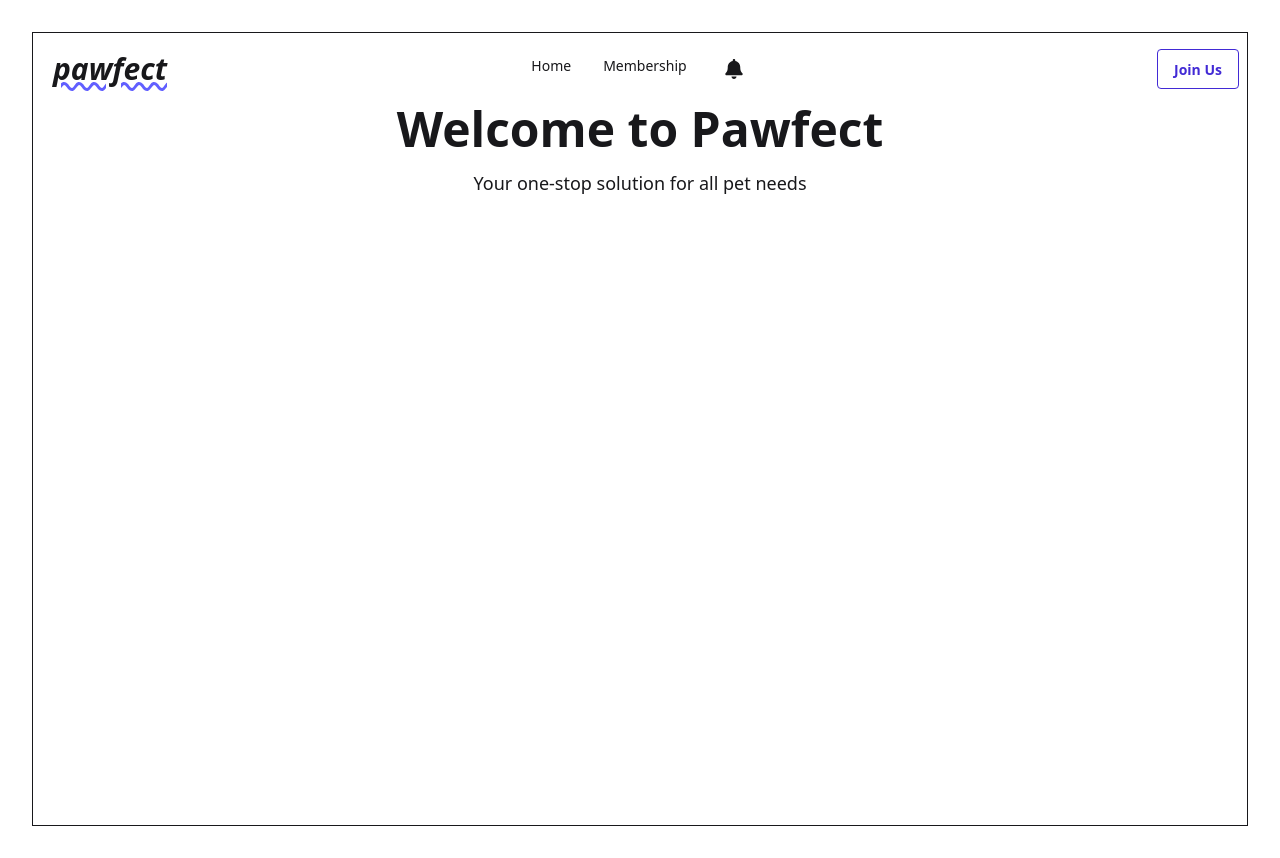
Repository: syedbayzid82849/DevForum_client_site
Page: /
These files come from the project's save history. The page is drawn as it stood at one moment and after a run of saves; the edit follows.
The browser window is 1280 px wide. The pictures show the whole page.
The project was rebuilt for these pictures with package versions that can differ from the ones it lists, and the page was loaded fresh each time. Also part of the build but not shown: vite.config.js, src/App.jsx, src/components/Navbar/JoinUsModal.jsx, src/pages/Authentication/Login.jsx, src/pages/Authentication/AuthLayout.jsx, src/pages/Authentication/Register.jsx.

Above is the page before, as saved 2025-07-08 22:51:19.

### src/main.jsx
import { StrictMode } from 'react'
import { createRoot } from 'react-dom/client'
import './index.css'
import App from './App.jsx'
import { RouterProvider } from 'react-router'
import router from './Routers/router.jsx'
import AuthProvider from './context/AuthProvider.jsx'

createRoot(document.getElementById('root')).render(
  <StrictMode>
    <AuthProvider>
      <RouterProvider router={router} />
    </AuthProvider>
  </StrictMode>,
)

### src/Routers/router.jsx
import React from 'react';
import { createBrowserRouter } from 'react-router';
import MainLayout from '../layouts/MainLayout/MainLayout';
import Login from '../pages/Authentication/Login';
import Home from '../pages/Home/Home';
import AuthLayout from '../pages/Authentication/AuthLayout';
import Register from '../pages/Authentication/Register';

const router = createBrowserRouter([
    {
        path: "/",
        element: <MainLayout></MainLayout>,
        children: [
            {
                index: true,
                element: <Home />,
            },
        ],
    },
    {
        path: "/",
        element: <AuthLayout />,
        children: [
            {
                path: "/login",
                element: <Login />,
            },
            {
                path: "/register",
                element: <Register />,
            },
        ],
    },
]);

export default router;

### src/context/AuthProvider.jsx
import React, { useEffect, useState } from 'react';
import { createUserWithEmailAndPassword, GithubAuthProvider, GoogleAuthProvider, onAuthStateChanged, signInWithEmailAndPassword, signInWithPopup, signOut, updateProfile } from "firebase/auth";
import { AuthContext } from '../context/AuthContext';
import { auth } from '../firebase/firebase.init';


const AuthProvider = ({ children }) => {
    const provider = new GoogleAuthProvider();
    // loading
    const [loading, setLoading] = useState(true);
    // user chack
    const [user, setUser] = useState(null);
    console.log(user);

    // create user with name, email, password, photoURL
    const createUserWithEP = (email, password) => {
        setLoading(true);
        return createUserWithEmailAndPassword(auth, email, password)
    }

    // log in user with email and password
    const loginUserWithEP = (email, password) => {
        setLoading(true);
        return signInWithEmailAndPassword(auth, email, password)
    }

    // sign in with google
    const userWithGoogle = () => {
        setLoading(true);
        return signInWithPopup(auth, provider)
    }


    // update user profile (new function)
    const updateUserProfile = (name, photo) => {
        setLoading(true);
        return updateProfile(auth.currentUser, {
            displayName: name,
            photoURL: photo
        });
    }

    // sign out user
    const signOutUser = () => {
        setLoading(true);
        return signOut(auth);
    }

    // // get all courses from the server
    // const getAllCourses = () => {
    //     setLoading(true);
    //     return axios.get('https://academix-hub-server.vercel.app/all-course')
    //         .then(response => {
    //             setLoading(false);
    //             return response.data;
    //         })
    //         .catch(error => {
    //             console.error("Error fetching courses:", error);
    //             throw error;
    //         });
    // }

    // user check
    useEffect(() => {
        const unsubscribe = onAuthStateChanged(auth, (currentUser) => {
            setUser(currentUser);
            setLoading(false);
        });
        return () => unsubscribe();
    }, []);



    const authInformation = {
        user,
        setUser,
        loading,
        setLoading,
        createUserWithEP,
        loginUserWithEP,
        userWithGoogle,
        updateUserProfile,
        signOutUser,
    };
    return (
        <AuthContext.Provider value={authInformation}>
            {children}
        </AuthContext.Provider>
    );
};

export default AuthProvider;

### src/layouts/MainLayout/MainLayout.jsx
import React from 'react';
import Navbar from '../../components/Navbar/Navbar';
import { Outlet } from 'react-router';

const MainLayout = () => {
    return (
        <div className=" mx-auto flex flex-col border">
            <Navbar />

            <main className="flex-1">
                <Outlet />
            </main>

            {/* <Footer /> */}
        </div>
    );
};

export default MainLayout;

### src/pages/Home/Home.jsx
import React from 'react';
import HeroSection from './HeroSection';

const Home = () => {
    return (
        <div className='min-h-screen max-w-7xl mx-auto flex flex-col px-4 lg:px-7 '>
            <HeroSection />
        </div>
    );
};

export default Home;

### src/firebase/firebase.init.js
// Import the functions you need from the SDKs you need
import { initializeApp } from "firebase/app";
import { getAuth } from "firebase/auth";

// TODO: Add SDKs for Firebase products that you want to use
// https://firebase.google.com/docs/web/setup#available-libraries

// Your web app's Firebase configuration
const firebaseConfig = {
    apiKey: import.meta.env.VITE_apiKey, // Use VITE_ prefix for environment variables in Vite
    authDomain: import.meta.env.VITE_authDomain, // Use VITE_ prefix for environment variables in Vite
    projectId: import.meta.env.VITE_projectId, // Use VITE_ prefix for environment variables in Vite
    storageBucket: import.meta.env.VITE_storageBucket, // Use VITE_ prefix for environment variables in Vite
    messagingSenderId: import.meta.env.VITE_messagingSenderId, // Use VITE_ prefix for environment variables in Vite
    appId: import.meta.env.VITE_appId // Use VITE_ prefix for environment variables in Vite
};

// Initialize Firebase
const app = initializeApp(firebaseConfig);


// Initialize Firebase Authentication and get a reference to the service
export const auth = getAuth(app);

### src/components/Navbar/Navbar.jsx
import { Link, NavLink } from "react-router";
import { FaBell, FaBars } from "react-icons/fa";
import { FiLogOut } from "react-icons/fi";
import { MdDashboard } from "react-icons/md";
import JoinUsModal from "./JoinUsModal";
import React, { useContext } from "react";
import { AuthContext } from "../../context/AuthContext";

const Navbar = () => {
    const { user , logOut } = useContext(AuthContext);
    // logout system
    const handleLogOut = () => {
        console.log("Logout clicked");
        logOut();
    };
    const navItems = (
        <>
            <li>
                <NavLink to="/" className="font-medium">Home</NavLink>
            </li>
            <li>
                <NavLink to="/membership" className="font-medium">Membership</NavLink>
            </li>
            {user && (
                <>
                    <li>
                        <NavLink to="/dashboard" className="font-medium flex items-center gap-1">
                            <MdDashboard />
                            Dashboard
                        </NavLink>
                    </li>
                    <li>
                        <button onClick={() => handleLogOut()} className="font-medium flex items-center gap-1">
                            <FiLogOut />
                            Logout
                        </button>
                    </li>
                </>
            )}
            <li>
                <button className="btn btn-ghost text-xl">
                    <FaBell />
                </button>
            </li>
        </>
    );
    const [isModalOpen, setIsModalOpen] = React.useState(false);


    return (
        <>
            <div className="bg-base-100 w-full  shadow- shadow-neutral-500 ">
                <div className="navbar max-w-7xl mx-auto ">

                    {/* Navbar Start */}
                    <div className="navbar-start flex items-center gap-2">
                        {/* Hamburger Menu (Mobile only) */}
                        <div className="dropdown">
                            <div tabIndex={0} className="btn btn-ghost pl-2 lg:hidden">
                                <FaBars className="text-xl" />
                            </div>
                            <ul
                                tabIndex={0}
                                className="menu menu-sm dropdown-content mt-3 z-[50] p-3 shadow bg-base-100 rounded-box w-52 space-y-1"
                            >
                                {navItems}
                            </ul>
                        </div>

                        {/* Logo - large screen only */}
                        <Link to="/" className="hidden lg:flex justify-center items-center ml-1">
                            <span className="text-3xl font-semibold italic underline decoration-wavy decoration-indigo-500">
                                pawfect
                            </span>
                        </Link>
                    </div>

                    {/* Logo - small screen only */}
                    <div className="navbar-center lg:hidden">
                        <Link to="/" className="ml-2">
                            <span className="text-3xl font-semibold italic underline decoration-wavy decoration-indigo-500">
                                pawfect
                            </span>
                        </Link>
                    </div>

                    {/* Large screen nav menu */}
                    <div className="navbar-center hidden lg:flex">
                        <ul className="menu menu-horizontal px-1 space-x-2">{navItems}</ul>
                    </div>

                    {/* Navbar End - Profile Dropdown */}
                    <div className="navbar-end">
                        {user ? (
                            // Logged-in view: show profile dropdown
                            <div className="dropdown dropdown-end">
                                <div tabIndex={0} className="btn btn-circle avatar online">
                                    <img
                                        src={user.photoURL || "/src/assets/user-default.jpg"}
                                        alt="Profile"
                                        className="rounded-full w-10 h-10"
                                    />
                                </div>
                                <ul
                                    tabIndex={0}
                                    className="mt-3 z-[50] p-2 shadow menu menu-sm dropdown-content bg-base-100 rounded-box w-52"
                                >
                                    <li>
                                        <p className="text-sm text-center font-semibold">
                                            {user.displayName}
                                        </p>
                                    </li>
                                    <li>
                                        <Link to="/dashboard">
                                            <MdDashboard />
                                            Dashboard
                                        </Link>
                                    </li>
                                    <li>
                                        <button onClick={() => handleLogOut()} className="flex items-center gap-1">
                                            <FiLogOut />
                                            Logout
                                        </button>
                                    </li>
                                </ul>
                            </div>
                        ) : (
                            // Not logged in: show Join Us button
                            <button
                                onClick={() => setIsModalOpen(true)}
                                className="btn btn-outline btn-primary ">
                                Join Us
                            </button>
                        )}
                    </div>
                </div>
            </div>
            {/* Join Us Modal */}
            {isModalOpen && <JoinUsModal closeModal={() => setIsModalOpen(false)} />}
        </>
    );
};

export default Navbar;

### src/pages/Home/HeroSection.jsx
import React from 'react';

const HeroSection = () => {
    return (
        <div>
            <h1 className="text-5xl font-bold">Welcome to Pawfect</h1>
            <p className="mt-4 text-lg">Your one-stop solution for all pet needs</p>
        </div>
    );
};

export default HeroSection;

Loaded but not shown: index.html (common file); src/index.css (common file); src/App.css (common file); src/context/AuthContext.jsx (common file)

After the next 2 saves:
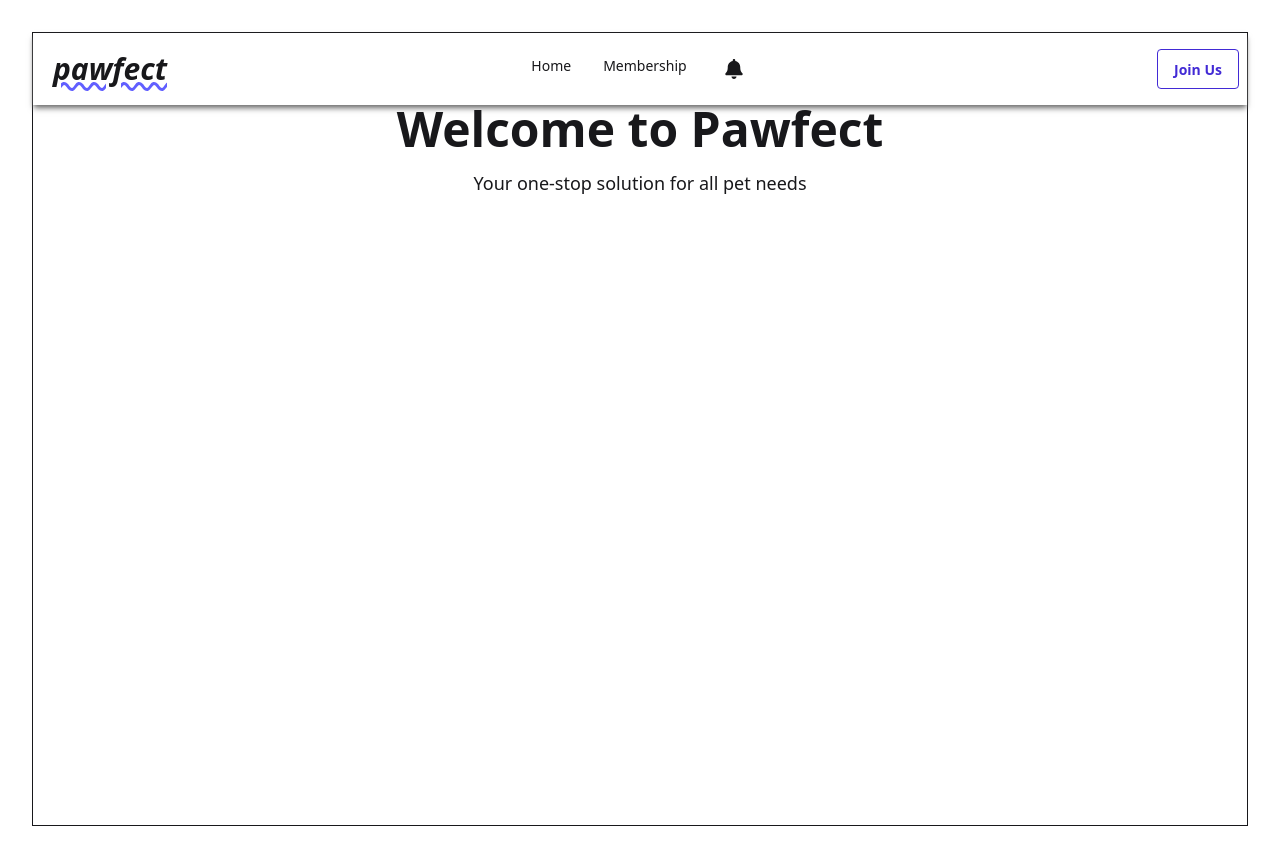
The 2 saves are shown as one change because they came seconds apart.
The last was saved 6 s later.
--- a/src/components/Navbar/Navbar.jsx
+++ b/src/components/Navbar/Navbar.jsx
@@ -49,7 +49,7 @@ const Navbar = () => {
 
     return (
         <>
-            <div className="bg-base-100 w-full  shadow- shadow-neutral-500 ">
+            <div className="bg-base-100 w-full  shadow-md shadow-neutral-500 ">
                 <div className="navbar max-w-7xl mx-auto ">
 
                     {/* Navbar Start */}
